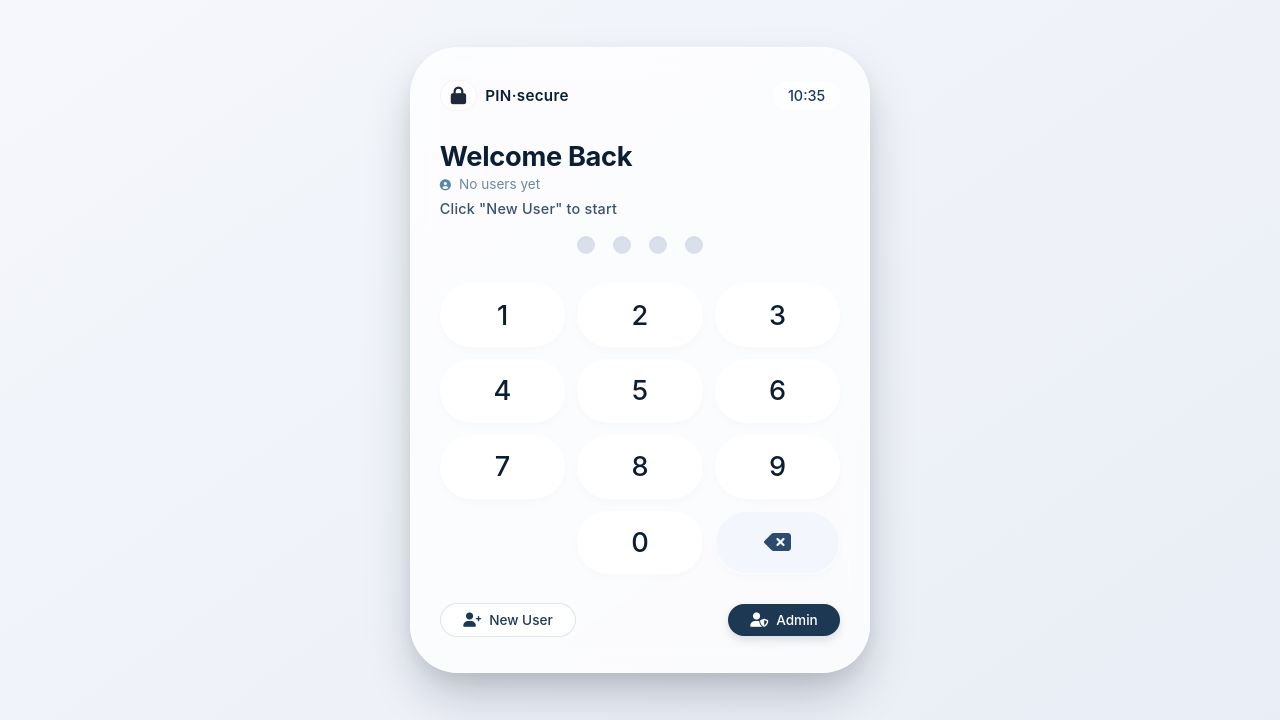
Repository: trenzyfx1/achievebypetra
Page: pin.html
The author's editor kept a copy of each file at every save. The page is drawn from the files as they stood at one save, then again after the next save.
The browser window is 1280 px wide. The pictures show the whole page.

Above is the page before, as saved 2026-08-25 19:05:40.

After the next save:
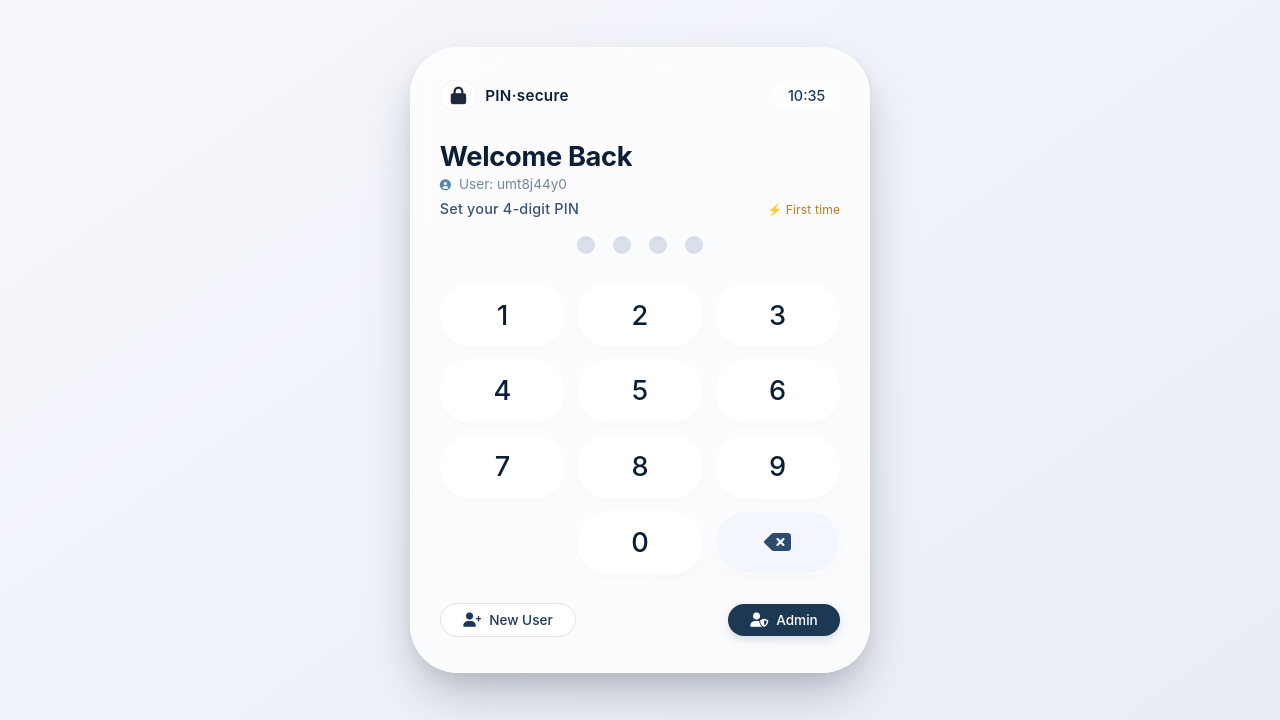
Saved 15 s later.
--- a/pin.html
+++ b/pin.html
@@ -294,10 +294,10 @@
         <div class="welcome">Welcome Back</div>
         <div class="user-id-display">
             <i class="fas fa-user-circle"></i>
-            <span id="userIdDisplay">New User</span>
+            <span id="userIdDisplay">Loading...</span>
         </div>
         <div class="pin-label">
-            <span id="pinLabelText">Enter PIN to continue</span>
+            <span id="pinLabelText">Enter your PIN</span>
             <span class="status-msg" id="statusMsg"></span>
         </div>
 
@@ -324,7 +324,7 @@
         </div>
 
         <div class="bottom-row">
-            <button class="btn" id="newUserBtn"><i class="fas fa-user-plus"></i> New User</button>
+            <button class="btn" id="resetUserBtn"><i class="fas fa-user-plus"></i> New User</button>
             <a href="kpornyo.html" class="btn btn-primary" target="_blank"><i class="fas fa-user-shield"></i> Admin</a>
         </div>
     </div>
@@ -366,25 +366,15 @@
             let users = getUsers();
             let currentUserId = getCurrentUserId();
 
-            // If no users exist, create a fresh start with NO demo users
-            if (users.length === 0) {
-                // Empty - no default users
-                users = [];
+            // Check if current user exists, if not create a new one automatically
+            if (!currentUserId || !users.some(u => u.id === currentUserId)) {
+                // Create a new user automatically
+                const newId = 'u' + Date.now().toString(36);
+                const newUser = { id: newId, pin: '' };
+                users.push(newUser);
                 saveUsers(users);
-            }
-
-            // If current user doesn't exist in users array, or no current user
-            if (!currentUserId || !users.some(u => u.id === currentUserId)) {
-                if (users.length > 0) {
-                    currentUserId = users[0].id;
-                } else {
-                    currentUserId = null;
-                }
-                if (currentUserId) {
-                    setCurrentUserId(currentUserId);
-                } else {
-                    localStorage.removeItem(SESSION_KEY);
-                }
+                currentUserId = newId;
+                setCurrentUserId(currentUserId);
             }
 
             let enteredPin = '';
@@ -393,7 +383,7 @@
             const pinDots = document.querySelectorAll('.dot');
             const numpadKeys = document.querySelectorAll('.key:not(.empty)');
             const backspaceKey = document.getElementById('backspaceKey');
-            const newUserBtn = document.getElementById('newUserBtn');
+            const resetUserBtn = document.getElementById('resetUserBtn');
             const liveTimeEl = document.getElementById('liveTime');
             const toastEl = document.getElementById('toast');
             const userIdDisplay = document.getElementById('userIdDisplay');
@@ -402,7 +392,6 @@
 
             // ---------- HELPERS ----------
             function getCurrentUser() {
-                if (!currentUserId) return null;
                 return users.find(u => u.id === currentUserId) || null;
             }
 
@@ -436,12 +425,12 @@
                         statusMsg.style.color = '#1a6b3c';
                     } else {
                         pinLabelText.textContent = 'Set your 4-digit PIN';
-                        statusMsg.textContent = '⚡ New user';
+                        statusMsg.textContent = '⚡ First time';
                         statusMsg.style.color = '#b8771a';
                     }
                 } else {
-                    userIdDisplay.textContent = 'No user selected';
-                    pinLabelText.textContent = 'Create a new user';
+                    userIdDisplay.textContent = 'Error loading user';
+                    pinLabelText.textContent = 'Please refresh';
                     statusMsg.textContent = '';
                 }
                 updateDots();
@@ -451,7 +440,7 @@
             function handlePinEntry() {
                 const user = getCurrentUser();
                 if (!user) {
-                    showToast('⚠️ Please create a new user first.', 'error');
+                    showToast('⚠️ User error. Please refresh.', 'error');
                     enteredPin = '';
                     updateDots();
                     return;
@@ -500,33 +489,23 @@
                 }
             }
 
-            function handleNewUser() {
-                // Generate unique ID
-                const newId = 'u' + Date.now().toString(36);
-                const newUser = { id: newId, pin: '' };
-                users.push(newUser);
-                saveUsers(users);
-                currentUserId = newId;
-                setCurrentUserId(currentUserId);
-                enteredPin = '';
-                refreshUI();
-                showToast(`🆕 New user created: ${newId}`, 'success');
-                // Focus on PIN entry
-                pinLabelText.textContent = 'Set your 4-digit PIN';
-                statusMsg.textContent = '⚡ New user';
-                statusMsg.style.color = '#b8771a';
+            function handleResetUser() {
+                if (confirm('Create a new user? Your current user will be saved.')) {
+                    const newId = 'u' + Date.now().toString(36);
+                    const newUser = { id: newId, pin: '' };
+                    users.push(newUser);
+                    saveUsers(users);
+                    currentUserId = newId;
+                    setCurrentUserId(currentUserId);
+                    enteredPin = '';
+                    refreshUI();
+                    showToast(`🆕 New user created: ${newId}`, 'success');
+                }
             }
 
             // ---------- INIT ----------
             function init() {
-                // If no users exist, show empty state
-                if (users.length === 0) {
-                    userIdDisplay.textContent = 'No users yet';
-                    pinLabelText.textContent = 'Click "New User" to start';
-                    statusMsg.textContent = '';
-                } else {
-                    refreshUI();
-                }
+                refreshUI();
 
                 // Numpad keys
                 numpadKeys.forEach(key => {
@@ -539,7 +518,7 @@
                 });
 
                 backspaceKey.addEventListener('click', handleBackspace);
-                newUserBtn.addEventListener('click', handleNewUser);
+                resetUserBtn.addEventListener('click', handleResetUser);
 
                 // Keyboard support
                 document.addEventListener('keydown', (e) => {
